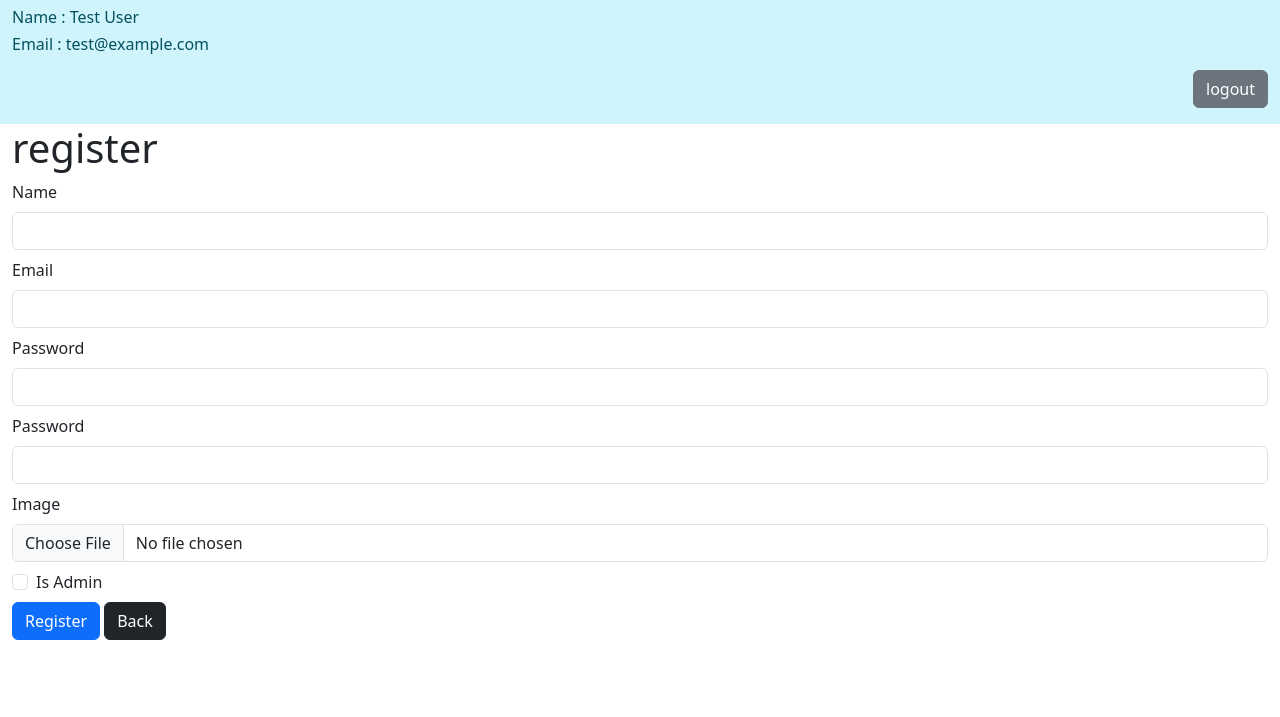
Repository: wasimalbokae/Blog
Page: http://localhost/register
An editor plug-in stored every save of this project. The page is shown before and after the next save, followed by the edit.
The browser window is 1280 px wide. The pictures show the whole page.
The page is served by the project's Laravel application, run on PHP 8.4 with Laravel 12. A made-up administrator, Test User (test@example.com), is signed in. Other server files are loaded and not shown.

Above is the page before, as saved 2024-12-29 10:56:24.

### routes/web.php
<?php
use Illuminate\Support\Facades\Route;
use App\Http\Controllers\UserController;
use App\Http\Controllers\AuthController;
use App\Http\Controllers\PostController;

Route::middleware("auth")->group(function(): void
{
    Route::get('index',  function(){return view("index");})->name("index");

    Route::get('/posts', [PostController::class, "index"])->name("posts");
    Route::get('/posts/create', [PostController::class, "create"] )->name("posts.create");
    Route::POST('/posts/store', [PostController::class, "store"] )->name("posts.store");
    Route::get('/posts/show/id={id?}', [PostController::class, "show"] )->name("posts.show");
    Route::get('/posts/edit/id={id?}', [PostController::class, "edit"] )->name("posts.edit");
    Route::POST('/posts/update/id={id?}', [PostController::class, "update"] )->name("posts.update");
    Route::get('/posts/delete/id={id?}', [PostController::class, "destroy"] )->name("posts.delete");
    Route::get('users/create', [UserController::class,"create"])->name("users.craete");
    Route::POST('user/create',[AuthController::class,"register"])->name("auth.register");
    Route::get('/users/show/id={id?}', [UserController::class, "show"] )->name("users.show");
    Route::get('/users/edit/id={id?}', [UserController::class, "edit"] )->name("users.edit");
    Route::POST('/users/update/id={id?}', [UserController::class, "update"] )->name("users.update");
    Route::get('/users/delete/id={id?}', [UserController::class, "destroy"] )->name("users.delete");


    Route::get('users',[UserController::class,"index"])->name("users.index");

    Route::POST('logout',[AuthController::class,"logout"])->name("logout");
});
Route::get('register', [UserController::class,"create"])->name("users.create");
Route::POST('user/create',[AuthController::class,"register"])->name("auth.register");

Route::get('/', [AuthController::class ,"formLogin"] )->name("login");
Route::post('/', [AuthController::class,"login"]);

### app/Models/User.php
<?php

namespace App\Models;

// use Illuminate\Contracts\Auth\MustVerifyEmail;
use Illuminate\Database\Eloquent\Factories\HasFactory;
use Illuminate\Foundation\Auth\User as Authenticatable;
use Illuminate\Notifications\Notifiable;

class User extends Authenticatable
{
    /** @use HasFactory<\Database\Factories\UserFactory> */
    use HasFactory, Notifiable;

    /**
     * The attributes that are mass assignable.
     *
     * @var list<string>
     */
    protected $fillable = [
        'name',
        'email',
        'password',
        'is_admin',
        'image'
    ];

    /**
     * The attributes that should be hidden for serialization.
     *
     * @var list<string>
     */
    protected $hidden = [
        'password',
        'remember_token',
    ];

    /**
     * Get the attributes that should be cast.
     *
     * @return array<string, string>
     */
    protected function casts(): array
    {
        return [
            'email_verified_at' => 'datetime',
            'password' => 'hashed',
        ];
    }
}

### app/Http/Controllers/UserController.php
<?php
namespace App\Http\Controllers;
use Illuminate\Http\Request;
use Illuminate\Support\Facades\Auth;
use Illuminate\Support\Facades\Hash;
use App\Models\User;
use Illuminate\Foundation\Auth\Access\AuthorizesRequests;

class UserController extends Controller
{
    use AuthorizesRequests;

    public function index()
    {
        $this->authorize("is_admin",User::class);
        $users=User::all();
        return view("users.index",compact("users"));
    }
    public function create()
    {
        if(Auth::check())
        {
            if(Auth::user()->is_admin)
            {
                $this->authorize("is_admin",User::class);
                return view("users.create");
            }
        }
            Auth::logout();
            return view("users.create");

    }
    public function store(Request $request)
    {
        dd($request);
        // $is_admin=false;
        // if(!empty($request->is_admin))
        //     $is_admin=$request->is_admin;
        // if($request->validate( [
        //     'name' => 'required|min:3|max:50',
        //     'email' => 'required|email|unique:users',
        //     'password' => 'required|confirmed|min:3',
        //     "password_confirmation"=>"required|min:3"
        // ]))
        // {
        //     $image=null;
        //     if(!empty($request->file("image")))
        //     {
        //         dd("asd");
        //         $request->validate( [
        //             'image' =>'mimes:jpeg,jpg,png,gif|required|max:10000',
        //         ]);
        //         $image=$request->file("image");
        //         $imgName=$image->getClientOriginalName() . '-'. uniqid() . '.'.$image->getClientOriginalExtension();
        //         $image->move(public_path("/images"),$imgName);
        //         $image=$imgName;
        //     }

        //     if(User::create([
        //         "name"=>$request->name,
        //         "email"=>$request->email,
        //         "password"=>$request->password,
        //         "password_confirmation"=>$request->password_confirmation,
        //         "is_admin"=>$is_admin,
        //         "image"=>$image,
        //         ]))
        //     return redirect()->route('users');
        // }
        // return view("users.index");
    }
    public function show(string $id)
    {
        $this->authorize("is_admin",User::class);
        $user=User::find($id);
        return view("users.show",compact("user"));
    }
    public function edit(string $id)
    {
        if(Auth::user()->id==$id)
        {
            $user=User::find($id);
            return view("users.edit",compact("user"));
        }
        abort(404);
    }
    public function update(Request $request, string $id)
    {
        $this->authorize("is_admin",User::class);
        $request->validate(['name' => 'min:3|max:50']);
            $user=User::find($id);
            $user->name=$request->name;
            if(!empty($request->password) && !empty($request->password_confirmation))
            {
                $request->validate( [
                   'password' => 'required|confirmed|min:3',
                   "password_confirmation"=>"required|min:3"
                ]);
                $user->password=hash::make( $request->password);
            }
            if(!empty($request->is_admin) && isset($request->is_admin))
            $user->is_admin=true;
            if($user->is_admin==true && $request->is_admin==null)
            $user->is_admin=false;
            $user->save();
            return redirect()->route('users.index');
    }
    public function destroy(string $id)
    {
        $this->authorize("is_admin",User::class);
        $user = User::find($id);
        $user->delete();
        return redirect()->route('users.index');
    }
}

### app/Policies/UserPolicy.php
<?php

namespace App\Policies;

use App\Models\User;
use Illuminate\Auth\Access\Response;
use Illuminate\Container\Attributes\Auth;

class UserPolicy
{
    public function is_admin(User $user)
    {
        return $user->is_admin;
    }
    public function no_admin(User $user)
    {
        if(!$user->is_admin)
        return true;
        return false;
    }
}

### resources/views/users/create.blade.php
@extends("layouts.app")
<head>
    @section("title","register")
</head>
<body>
    @section("body")
<h1>register</h1>
<form action="{{ route("auth.register")}}"  method="POST" enctype="multipart/form-data">
    @method("POST")
    @csrf
    <div class="mt-2 mb-2">
        <label for="name" class="form-label">Name</label>
        <input  class="form-control" id="name" name="name">
    </div>
    <div class="mt-2 mb-2">
        <label for="email" class="form-label">Email</label>
        <input class="form-control" type="email" id="email" name="email" >
    </div>
    <div class="mt-2 mb-2">
        <label for="password" class="form-label">Password</label>
        <input class="form-control" type="password" id="password" name="password" >
    </div>
    <div class="mt-2 mb-2">
        <label for="password_confirmation" class="form-label">Password</label>
        <input class="form-control" type="password" id="password_confirmation" name="password_confirmation">
    </div>
    <div class="mt-2 mb-2">
        <label for="image" class="form-label">Image</label>
        <input class="form-control" type="file" id="image" name="image">
    </div>
    <div class="form-check mt-2 mb-2">
        @can('is_admin',Auth::user())
        <input class="form-check-input" type="checkbox" name="is_admin" id="is_admin">
        <label class="form-check-label" for="is_admin">Is Admin</label>
        @endcan
    </div>
    <div class="mt-2 mb-2">
        <button class="btn btn-primary" type="submit">Register</button>
        @can('is_admin',Auth::user())
        <a class="btn btn-dark" href="{{ route("users.index")}}" type="submit">Back</a>
        @endcan
    </div>
    <div class="text-danger">
        @foreach ($errors->all() as $error)
        {{ $error }}
          @endforeach
    </div>
</form>

</body>
@endsection

### resources/views/layouts/app.blade.php


<meta charset="UTF-8">
<meta name="viewport" content="width=device-width, initial-scale=1.0">
<meta http-equiv="X-UA-Compatible" content="ie=edge">
<link href="https://cdn.jsdelivr.net/npm/bootstrap@5.3.3/dist/css/bootstrap.min.css" rel="stylesheet" integrity="sha384-QWTKZyjpPEjISv5WaRU9OFeRpok6YctnYmDr5pNlyT2bRjXh0JMhjY6hW+ALEwIH" crossorigin="anonymous">
<title>@yield("title")</title>
<div class="container-fluid">
        @if (Auth::user())
        <div class="row pt-2 bg-info-subtle text-info-emphasis">
            <h6>Name : {{ Auth::user()->name }}</h6>
            <h6>Email : {{ Auth::user()->email }}</h6>
            @if(url()->current() == route('users.edit'))
             class="current"


            {{-- <a class="btn btn-dark" href="{{ route("users.edit",Auth::user()->id)}}" type="submit">Edit Profile</a> --}}
            @endif
            <div class="col-12 d-flex justify-content-end">
                <form class="pt-2" action="{{route("logout")}}" method="POST">
                    @method("POST")
                    @csrf
                    <button class="btn btn-secondary" type="submit">logout</button>
                </form>
            </div>
        </div>
        @endif
        @yield("body")
</div>
<script src="https://cdn.jsdelivr.net/npm/bootstrap@5.3.3/dist/js/bootstrap.bundle.min.js" integrity="sha384-YvpcrYf0tY3lHB60NNkmXc5s9fDVZLESaAA55NDzOxhy9GkcIdslK1eN7N6jIeHz" crossorigin="anonymous"></script>

Loaded but not shown: app/Providers/AppServiceProvider.php (common file); app/Http/Controllers/Controller.php (common file)

After the next save:
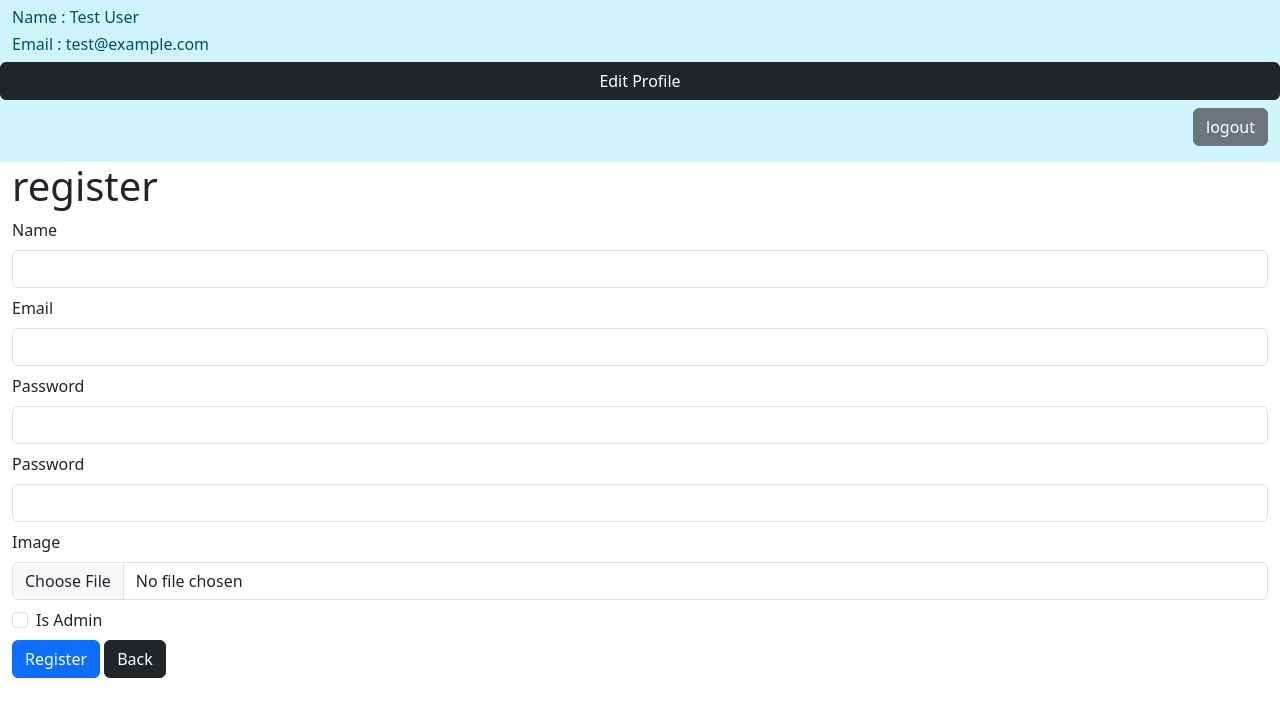
Saved 6 min 31 s later.
--- a/resources/views/layouts/app.blade.php
+++ b/resources/views/layouts/app.blade.php
@@ -10,12 +10,7 @@
         <div class="row pt-2 bg-info-subtle text-info-emphasis">
             <h6>Name : {{ Auth::user()->name }}</h6>
             <h6>Email : {{ Auth::user()->email }}</h6>
-            @if(url()->current() == route('users.edit'))
-             class="current"
-
-
-            {{-- <a class="btn btn-dark" href="{{ route("users.edit",Auth::user()->id)}}" type="submit">Edit Profile</a> --}}
-            @endif
+            <a class="btn btn-dark" href="{{ route("users.edit",Auth::user()->id)}}" type="submit">Edit Profile</a>
             <div class="col-12 d-flex justify-content-end">
                 <form class="pt-2" action="{{route("logout")}}" method="POST">
                     @method("POST")
